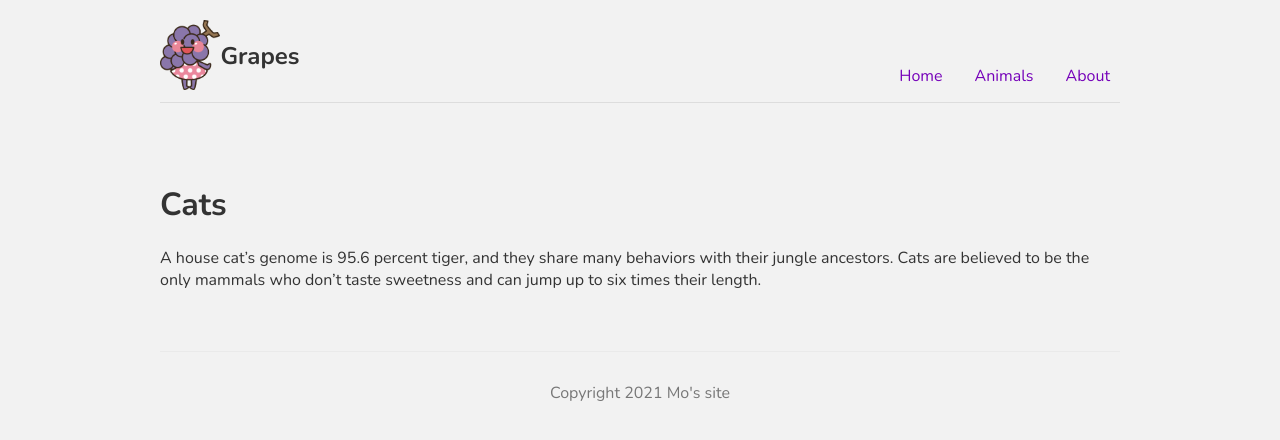
Repository: technogize/next-test-site
Page: /animals/cats
An editor plug-in stored every save of this project. The page is shown before and after the next save, followed by the edit.
The browser window is 1280 px wide. The pictures show the whole page.
The project was rebuilt for these pictures with package versions that can differ from the ones it lists, and the page was loaded fresh each time. The framework's server and built-in components were replaced by stand-ins that run in the browser.

Above is the page before, as saved 2021-10-02 20:59:35.

### pages/animals/cats.js
import React from 'react'

const Cats = () => {
    return (
        <div>
            <h1>Cats</h1>
            <p>A house cat’s genome is 95.6 percent tiger, and they share many behaviors with their jungle ancestors. Cats are believed to be the only mammals who don’t taste sweetness and can jump up to six times their length.</p>
        </div>
    )
}

export default Cats

### styles/globals.css
@import url('https://fonts.googleapis.com/css2?family=Nunito:wght@300;400;600;700&display=swap');

body {
  background: #f2f2f2;
  color: #333;
  font-family: "Nunito";
}
a {
  color: rgb(117, 0, 185);
  text-decoration: none;
}
.content {
  max-width: 960px;
  margin: 0 auto;
}
nav {
  margin: 10px auto 80px;
  padding: 10px 0;
  display: flex;
  justify-content: flex-end;
  align-items: flex-end;
  border-bottom: 1px solid #ddd;
}
nav a {
  margin-left: 12px;
  padding: 5px 10px;
}
nav a:hover {
  background-color: #ddd;
}
nav .logo {
  margin-right: auto;
  cursor: pointer;
  display: flex;
}
nav .logo img {
  height: 70px;
}
footer {
  display: block;
  text-align: center;
  padding: 30px 0;
  margin-top: 60px;
  color: #777;
  border-top: 1px solid #eaeaea;
}

### components/Layout.js
import React from 'react'
import Navbar from '../components/Navbar'
import Footer from '../components/Footer'

const Layout = props => {
    const { children } = props

    return (
        <div className='content'>
            <Navbar />
            <div className='pageContent'>
                {children}
            </div>
            <Footer />
        </div>
    )
}

export default Layout

### components/Navbar.js
import React from 'react'
import Link from 'next/link'

const Navbar = () => {
    return (
        <nav>
            <Link href="/">
                <div className='logo'>
                    <img src='/img/grape-logo.png' />
                    <h1>Grapes</h1>
                </div>
            </Link>
            <Link href="/">Home</Link>
            <Link href="/animals">Animals</Link>
            <Link href="/about">About</Link>
        </nav>
    )
}

export default Navbar

### components/Footer.js
import React from 'react'

const Footer = () => {
    return (
        <footer className='Footer'>
            Copyright 2021 Mo's site
        </footer>
    )
}

export default Footer

Loaded but not shown: pages/_app.js (common file)

After the next save:
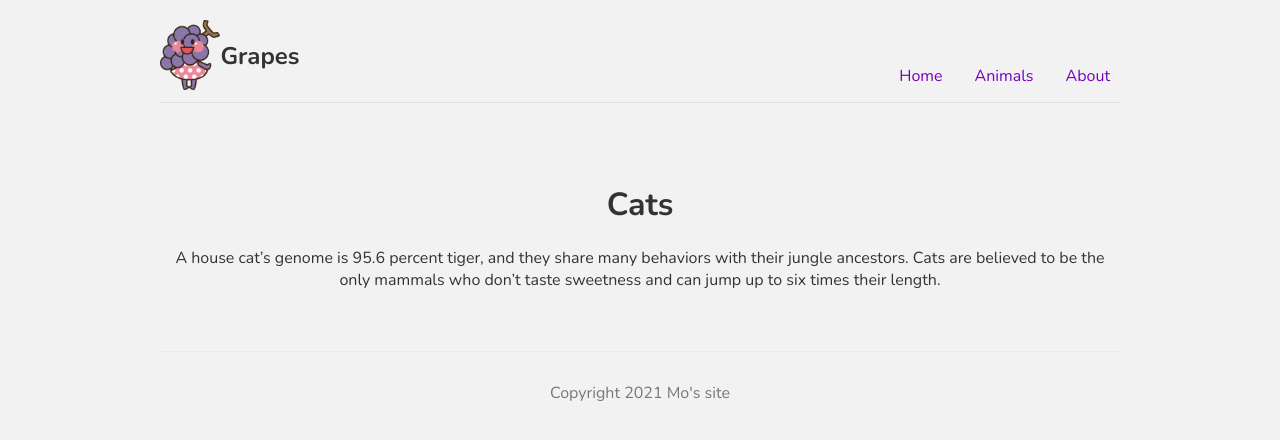
Saved 16 s later.
--- a/styles/globals.css
+++ b/styles/globals.css
@@ -12,6 +12,9 @@ a {
 .content {
   max-width: 960px;
   margin: 0 auto;
+}
+.pageContent {
+  text-align: center;
 }
 nav {
   margin: 10px auto 80px;
